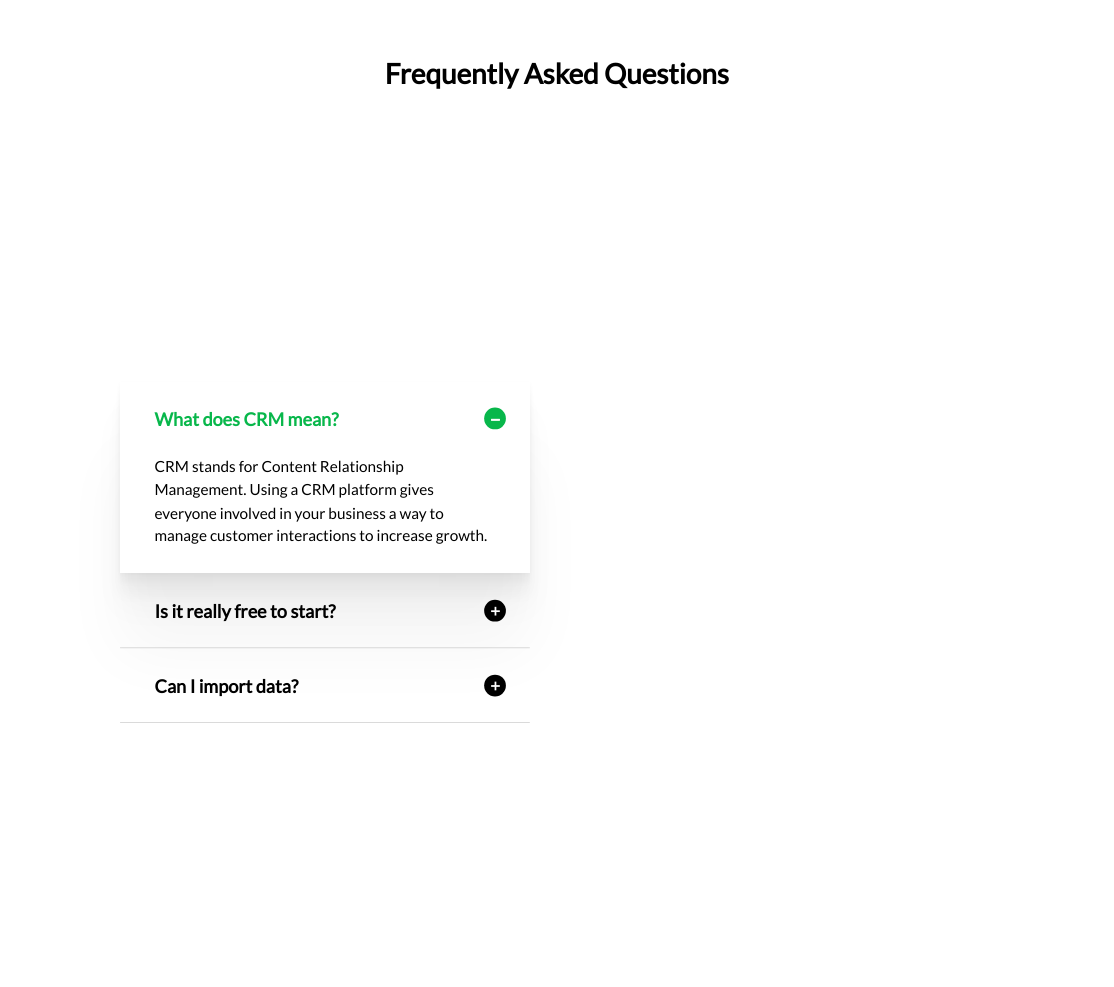
Repository: emiliaiwu/faq_component
Page: index.html
An editor plug-in stored every save of this project. The page is shown before and after a run of saves, followed by the edit.
The browser window is 1280 px wide. The pictures show the whole page, at 87% of full size.
Some icons come from a web library that is not loaded, so they are not drawn. Some web libraries are served in a nearby version.

Above is the page before, as saved 2022-12-13 21:03:31.

### index.html
<!DOCTYPE html>
<html lang="en">
<head>
    <meta charset="UTF-8">
    <meta http-equiv="X-UA-Compatible" content="IE=edge">
    <meta name="viewport" content="width=device-width, initial-scale=1.0">
    <link rel="stylesheet" href="style.css">
    <script src="https://kit.fontawesome.com/fd9c36575f.js" crossorigin="anonymous"></script>
    <title>FAQ Component</title>
</head>
<body>
        <h2>Frequently Asked Questions</h2>
        <article class="faq_component">
            <div class="faq_container">
                <div class="faq_content active">
                    <div class="faq_header">
                        <h3>What does CRM mean?</h3>

                        <div class="toggle-parent">
                             <div class="toggle">
                                <i class="fa-solid fa-circle-minus"></i>
                            </div>
                        </div>
                    </div>
                    <div class="content_wrap">
                        <p class="content hidden">
                            CRM stands for Content Relationship Management. Using a CRM platform gives everyone involved in your business a way to manage customer interactions to increase growth.
                        </p>
                    </div>
                </div>

                <div class="faq_content">
                    <div class="faq_header">
                        <h3>Is it really free to start?</h3>
                        <div class="toggle-parent">
                             <div class="toggle">
                                <i class="fa-solid fa-circle-minus"></i>
                            </div>
                        </div>
                    </div>
                    <div class="content_wrap">
                        <p class="content">
                            Yes! You can opt to stay within the free tier for as long as you want to. It’s a great way to get a feel for the platform before deciding to upgrade to take advantage of the more advanced features.
                        </p>
                    </div>
                </div>

                <div class="faq_content">
                    <div class="faq_header">
                        <h3>Can I import data?</h3>
                        <div class="toggle-parent">
                             <div class="toggle">
                                <i class="fa-solid fa-circle-minus"></i>
                            </div>
                        </div>
                    </div>
                    <div class="content_wrap">
                         <p class="content">
                            Yes! Getting your existing data in is easy. Simply export your existing customers to a .csv file and import them within a couple of clicks.
                        </p>
                    </div>
                </div>
            </div>
            <div class="faq_image">
                <img src="img/meeting.jpg" alt="">
            </div>
        </article>
 <script src="script.js"></script>
</body>
</html>

### style.css
@import url('https://fonts.googleapis.com/css2?family=Lato:wght@300;400&display=swap');

* {
    margin: 0;
    padding: 0;
    box-sizing: border-box;
}

body {
    font-family: 'Lato', sans-serif;
    max-width: 100vw;
    min-height: 100vh;
    flex-direction: column;

}

body,
.faq_component,
.faq_container {
    display: flex;
    align-items: center;
    justify-content: center;

}


/* TYPOGRAPHY */
h2 {
    margin: 4rem 0rem 2rem;
    text-align: center;
    font-size: 2rem;
    font-family: inherit;

}

h3 {
    font-size: 1.3rem;
    font-family: inherit;
}

p {
    font-size: 1.1rem;
    font-family: inherit;
    height: 100%;
    line-height: 1.5;
}


/* TOGGLE */

.fa-solid {
    font-size: 1.5rem;
}

/* MAIN BODY */
.faq_component {
    width: 100%;
    padding: 4rem 7vw;
    gap: 1rem;
    height: 1000px;
    position: relative;
}

.faq_image {
    width: 100%;
    height: auto;
    border-radius: 20px;
    overflow: hidden;
     top: 50%;
    left: 50%;
    transform: translate(-50%, -50%);

}

img {
    width: 100%;
    height: auto;
    position: absolute;
}

.faq_container {
    width: 100%;
    padding: 0 3rem;
    flex-direction: column;
    z-index: 1000;
}

.faq_header {
    display: flex;
    align-items: center;
    justify-content: space-between;
    padding: 30px 0px 30px 0;
    gap: 2rem;
    position: relative;
}

.faq_content {
    padding: 0 40px;
    border-bottom: 1px solid rgba(0, 0, 0, 0.146);
    cursor: pointer;
    overflow: hidden;
}

.content_wrap {
    padding: 0 0 0px;
    visibility: hidden;
    max-height: 0px;
    transition: all .5s ease;


}

.toggle-parent {
    position: relative;
}

 .toggle {
    position: absolute;
    width: 25px;
    height: 25px;
    border-radius: 25px;
    background-color: black;
    top: 50%;
    left: 50%;
    transform: translate(-50%, -50%);
}


.faq_content .fa-circle-minus::before {
    content: '';
    position: absolute;
    background-color: rgb(255, 255, 255);
    width: 10px;
    height: 2px;
    margin-left: auto;
    margin-right: auto;
    top: 50%;
    left: 0;
    right: 0;
    transition: transform .45s cubic-bezier(.3,.4,.2,1),
        background-color .15s ease;
}

.faq_content .fa-circle-minus::after {
    content: '';
    position: absolute;
    transform: rotate(90deg);
    background-color: rgb(255, 255, 255);
    width: 10px;
    height: 2px;
    margin-left: auto;
    margin-right: auto;
    top: 50%;
    left: 0;
    right: 0;
    transition: transform .45s cubic-bezier(.3,.4,.2,1),
        background-color .15s ease;
}




/* ACTIVE CLASSES */

.faq_content.active {
    border: none;
    box-shadow: 0 90px 70px 0 rgb(0 0 0 / 4%),
        0 40px 35px 0 rgb(0 0 0 / 3%),
        0 25px 15px 0 rgb(0 0 0 / 3%),
        0 11px 7px 0 rgb(0 0 0 / 3%),
        0 2px 5px 0 rgb(0 0 0 / 3%);
}

.faq_content.active .faq_header {
    color:rgb(8, 183, 75);
    transition: color .15s ease;
}

.faq_content.active .fa-circle-plus {
    transform: rotate(45deg);
    transition: transform .45s cubic-bezier(.3,.4,.2,1);
}

.faq_content.active .toggle {
    background-color: rgb(8, 183, 75);
    transition: color .15s ease;
}


.faq_content.active .fa-circle-minus::after {
    background-color: #fff;
    transform: rotate(180deg);
    transition: transform .45s cubic-bezier(.3,.4,.2,1);
}


.faq_content.active .content_wrap {
    padding: 0 0 30px;
    visibility: visible;
    max-height: 150px;

}



@media only screen and (max-width: 1000px) {
    .faq_component {
        flex-direction: column;
        gap: 3rem;
        padding: 4rem 7vw;
    }

    h2 {
        margin-top: 3rem;
    }

    .faq_container {
        padding: 0;
    }

    .faq_content.active .content_wrap {
        max-height: 300px;
        padding: 0 0 30px;
    }
}

### script.js
'use strict';
const faqContent = document.querySelectorAll('.faq_content');


faqContent.forEach((faq) => {
    faq.addEventListener('click', function () {
        faq.classList.toggle('active');

    });
})

After the next 2 saves:
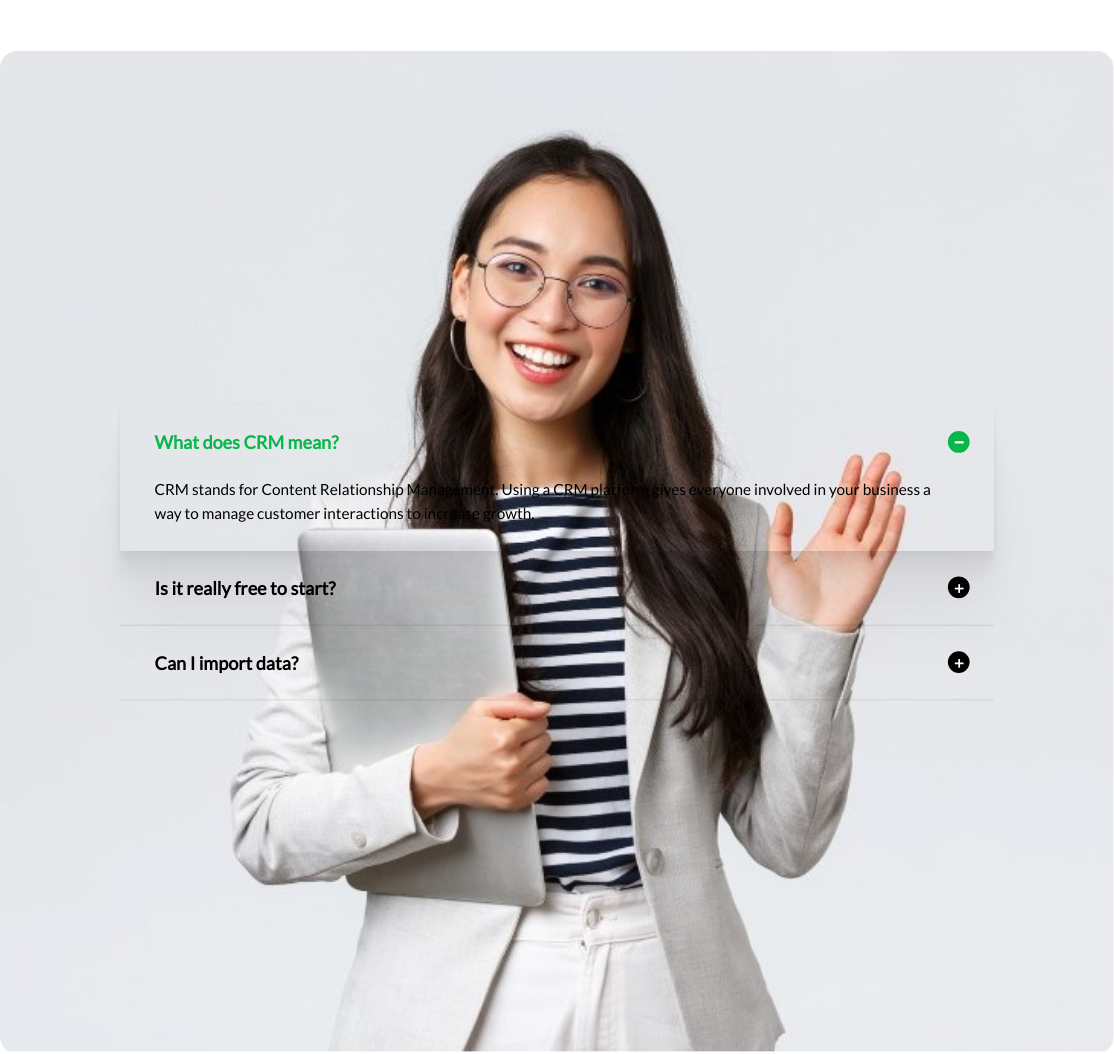
The 2 saves are shown as one change because they came seconds apart.
The last was saved 27 s later.
--- a/style.css
+++ b/style.css
@@ -69,13 +69,14 @@ p {
      top: 50%;
     left: 50%;
     transform: translate(-50%, -50%);
+    position: absolute;
 
 }
 
 img {
     width: 100%;
     height: auto;
-    position: absolute;
+
 }
 
 .faq_container {
